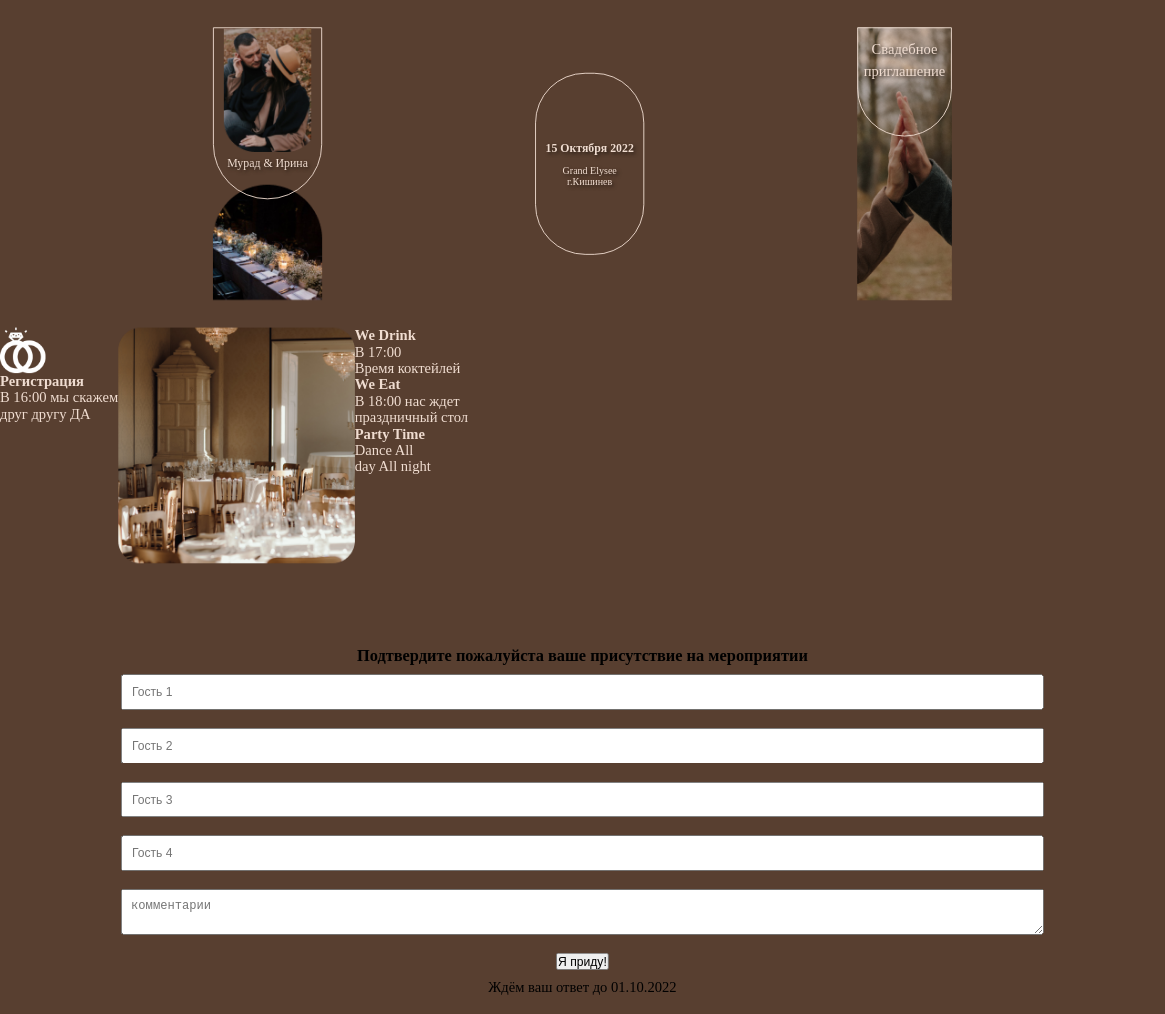
Repository: Anthony8845/wedding_invitation
Page: index.html
These files come from the project's save history. The page is drawn as it stood at one moment and after the next save; the edit follows.
The browser window is 1280 px wide. The pictures show the whole page, at 91% of full size.

Above is the page before, as saved 2022-07-29 17:43:07.

### index.html
<!DOCTYPE html>
<html lang="en">
<head>
    <meta charset="UTF-8">
    <meta http-equiv="X-UA-Compatible" content="IE=edge">
    <meta name="viewport" content="width=device-width, user-scalable=yes">
    <link rel="stylesheet" href="./style.css">
    <!-- <script src="./script.js"></script> -->
    <title>Приглашение на свадьбу</title>
</head>
<body>

    <div class="invitation">
        <div class="info">
            <div class="info_block">
                <div class="info_border">
                    <div class="info_img-u"></div>
                    <div class="info_name">Мурад & Ирина</div>
                </div>
                <div class="info_img-d"></div>
            </div>
            <div class="info__block">
                <div class="block__data">
                    <div class="info_timer"></div>
                    <div class="info_date">
                        <h4>15 Октября 2022</h4>
                        <p>Grand Elysee <br>
                            г.Кишинев</p>
                    </div>
                </div>
            </div>
            <div class="info__block">
                <div class="info_invitation">Свадебное<br>приглашение</div>
                <div class="info_img-r"></div>
            </div>

        </div>
        <div class="timetable">
            <div class="timetable_block">
                <div class="icon_reg"></div>
                <div class="block_reg">
                    <h4>Регистрация</h4>
                    <p>В 16:00 мы скажем <br> друг другу ДА</p>
                </div>
                <div class="icon_drink"></div>
            </div>
            <div class="timetable_block">
                <div class="img_table"></div>
            </div>
            <div class="timetable_block">
                <div class="block_drink">
                    <h4>We Drink</h4>
                    <p>В 17:00<br> Время коктейлей</p>
                </div>
                <div class="icon_eat"></div>
                <div class="block_eat"></div>
                    <h4>We Eat</h4>
                    <p>В 18:00 нас ждет <br> праздничный стол</p>
                <div class="icon_party"></div>
                <div class="block_party">
                    <h4>Party Time</h4>
                    <p>Dance All<br> day All night</p>
                </div>
            </div>
        </div>
        <div class="thanks">
            <div></div>
            <div></div>
            <div></div>
        </div>
        <form class="form"  action="mail.php"  method="POST" >
            <h2 class="form__header">Подтвердите пожалуйста ваше присутствие на мероприятии</h2>
            <input class="form__input_item" type="text" name="Guest1" placeholder="Гость 1">
            <input class="form__input_item" type="text" name="Guest2" placeholder="Гость 2">
            <input class="form__input_item" type="text" name="Guest3" placeholder="Гость 3">
            <input class="form__input_item" type="text" name="Guest4" placeholder="Гость 4">
            <textarea class="form__comment" name="Comment" placeholder="комментарии"></textarea>
            <button class="form__btn">Я приду!</button>
        </form>
        <div class="footer">Ждём ваш ответ до 01.10.2022</div>
    </div>
</body>
</html>

### style.css
* {
    box-sizing: border-box;
    margin: 0;
    padding: 0;
}

body{
    position: relative;
    padding: 20px 0;
    background-color: rgb(88, 63, 48);
}



.invitation {

}
.info {
    color: rgb(240, 221, 209);
    display: flex;
    justify-content: space-evenly;
    align-items: center;
    text-align: center;
    text-shadow: 2px 2px 4px rgb(44, 32, 24);
    margin: 10px 0 30px 0;
}
.info_block {
    width: 120px;
    height: 300px;

}
.info_border {
    width: 120px;
    position: absolute;
    border: 1px solid rgb(240, 221, 209);
    padding-bottom: 30px;
    border-radius: 0 0 60px 60px;

}
.info_img-u {
    width: 103px;
    height: 136px;
    background: url(./img/IMG_2.png) no-repeat;
    margin-left: auto;
    margin-right: auto;
    width: 6em;
    margin-bottom: 5px;


}
.info_name {
    font-size: 13px;
}
.info_img-d {
    margin-top: 173px;
    width: 120px;
    height: 127px;
    background: url(./img/Image.png) no-repeat;
}

.info_img-r {
    width: 104px;
    height: 300px;
    background: url(./img/IMG_104-300.png);
}

.block__data {
    display: table-cell;
    vertical-align: middle;
    width: 120px;
    height: 200px;
    border: 1px solid rgb(240, 221, 209);
    border-radius: 55px;
}


.info_timer {

}

.info_date {
    font-size: 11px;
}
.info_date h4 {
    font-size: 13px;
    padding-bottom: 10px;
}

.info_invitation{
    width: 104px;
    height: 120px;
    position: absolute;
    border: 1px solid rgb(240, 221, 209);
    border-radius: 0 0 60px 60px;
    padding-top: 10px;
    line-height: 25px;
}


.timetable {
    color: rgb(240, 221, 209);
    max-width: 390px;
    height: 350px;
    display: flex;
    flex-direction: column;
    flex-wrap: wrap;
}
.timetable_block {
    display: flex;
    flex-direction: column;
}

.timetable_block:last-child {
    display: flex;
}

.icon_reg {
    width: 50px;
    height: 50px;
    background: url(./img/wedding-rings.png) no-repeat ;
    background-size: contain;
}
.block_reg {
}
.icon_drink {
}
.img_table {
    width: 260px;
    height: 259px;
    background: url(./img/interior.png);
}
.block_drink {
}
.icon_eat {
}
.block_eat {
}
.icon_party {
}
.block_party {
}





.form {

    text-align: center;
    margin: 0 10%;

    display: flex;
    flex-direction: column;

}

.form::after {
    content: '';
    position: absolute;
    top: 0;
    left: 0;
    width: 100%;
    height: 100%;
    background: #767676 url(./img/heart.gif) center /50px no-repeat;
    opacity: 0;
    visibility: hidden;
}

.form._sending::after {
    opacity: 0.8;
    visibility: visible;
}


.form__header {
    font-size: 18px;
}

.form__input_item {
    margin: 10px 5px;
    padding: 10px 10px;

}

.form__comment {
    padding: 10px 10px;
    margin: 10px 5px;
    resize: vertical;
    height: 50px;
}

.form__btn {
    margin: 0 auto;
    margin-top: 10px;
    max-width: 70px;
}

.footer {
    margin-top: 10px;
    text-align: center;
}

After the next save:
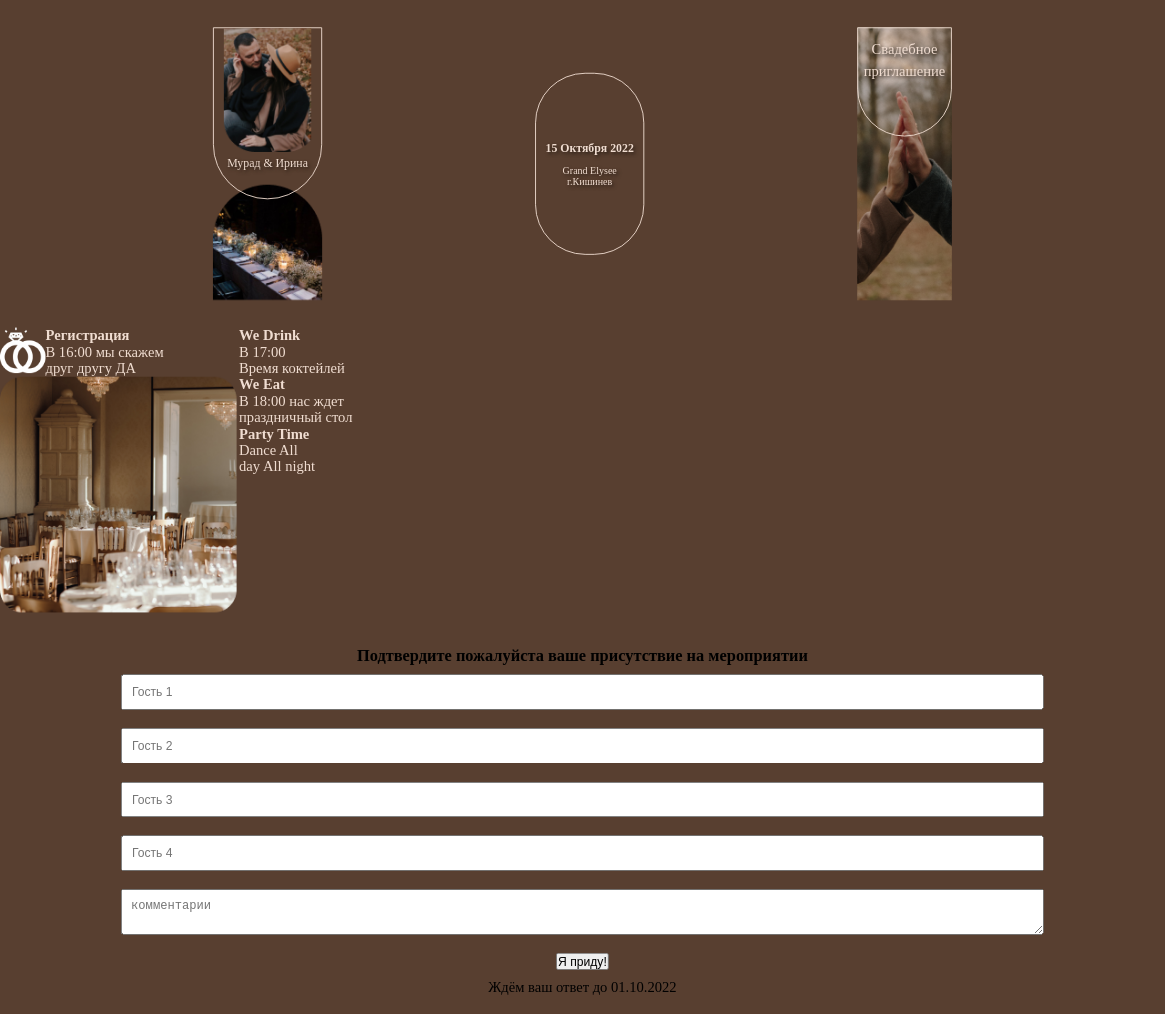
Saved 14 s later.
--- a/style.css
+++ b/style.css
@@ -107,11 +107,12 @@ body{
 }
 .timetable_block {
     display: flex;
+
+}
+
+.timetable_block:last-child {
+    display: flex;
     flex-direction: column;
-}
-
-.timetable_block:last-child {
-    display: flex;
 }
 
 .icon_reg {
